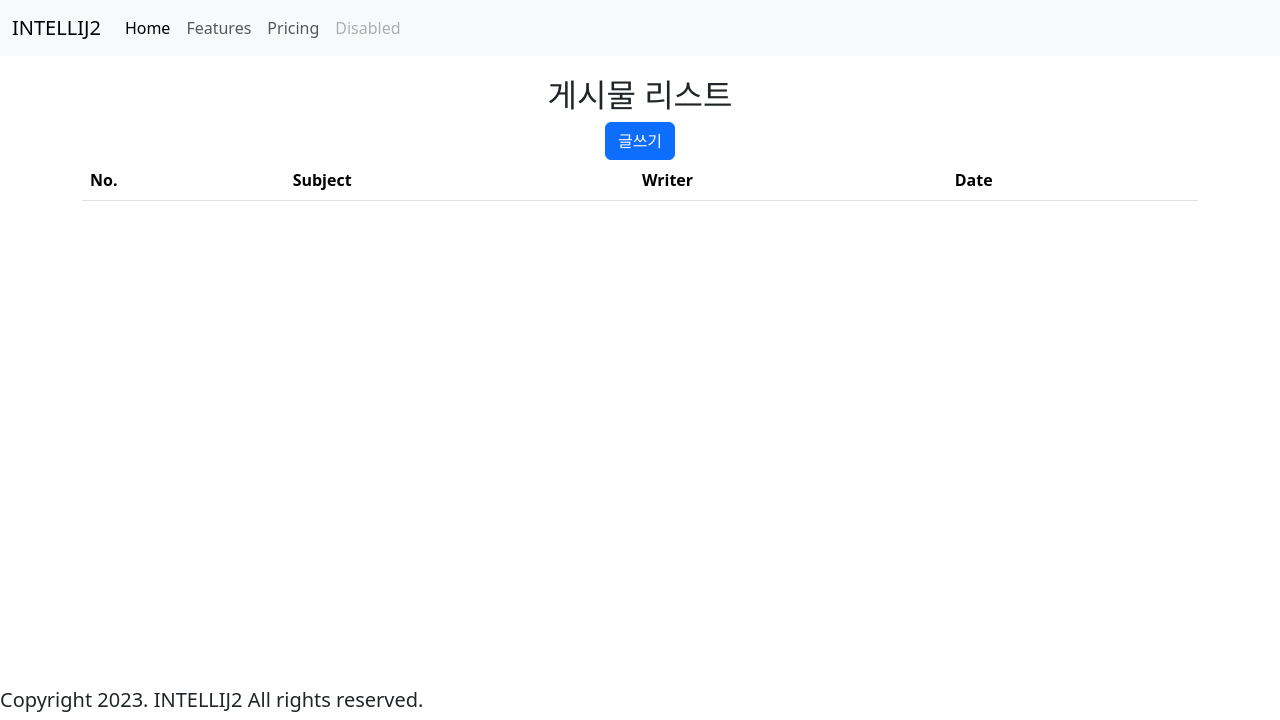
Repository: Jae-yi/JSPMybatis
Page: http://localhost/JspMybatisSub/WEB-INF/views/board/list.jsp
An editor plug-in stored every save of this project. The page is shown before and after the next save, followed by the edit.
The browser window is 1280 px wide. The pictures show the whole page.
The page is served by Tomcat 9. Nobody is signed in. The template is opened directly, without the code that normally fills it, so the values that code supplies are empty.

Above is the page before, as saved 2023-01-17 07:37:36.

After the next save:
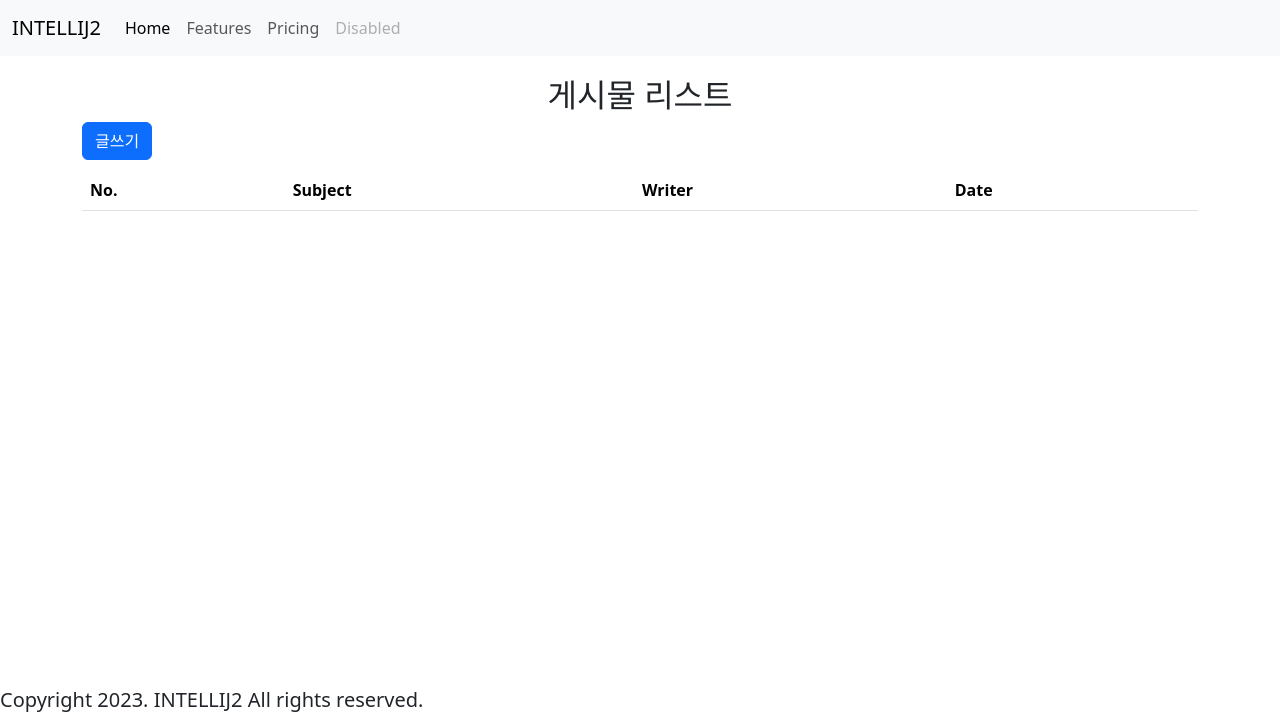
Saved 77 s later.
--- a/JspMybatisSub/src/main/webapp/WEB-INF/views/board/list.jsp
+++ b/JspMybatisSub/src/main/webapp/WEB-INF/views/board/list.jsp
@@ -16,7 +16,7 @@
 
 
 	<div class="container">
-	<button class="btn btn-primary" style="display:block; margin:auto" onclick="location.href='/insert'" >글쓰기</button>
+	<button class="btn btn-primary" style="display:block; margin-bottom:10px" onclick="location.href='/insert'" >글쓰기</button>
 		<table class="table table-hover">
 			<tr>
 				<th>No.</th>
